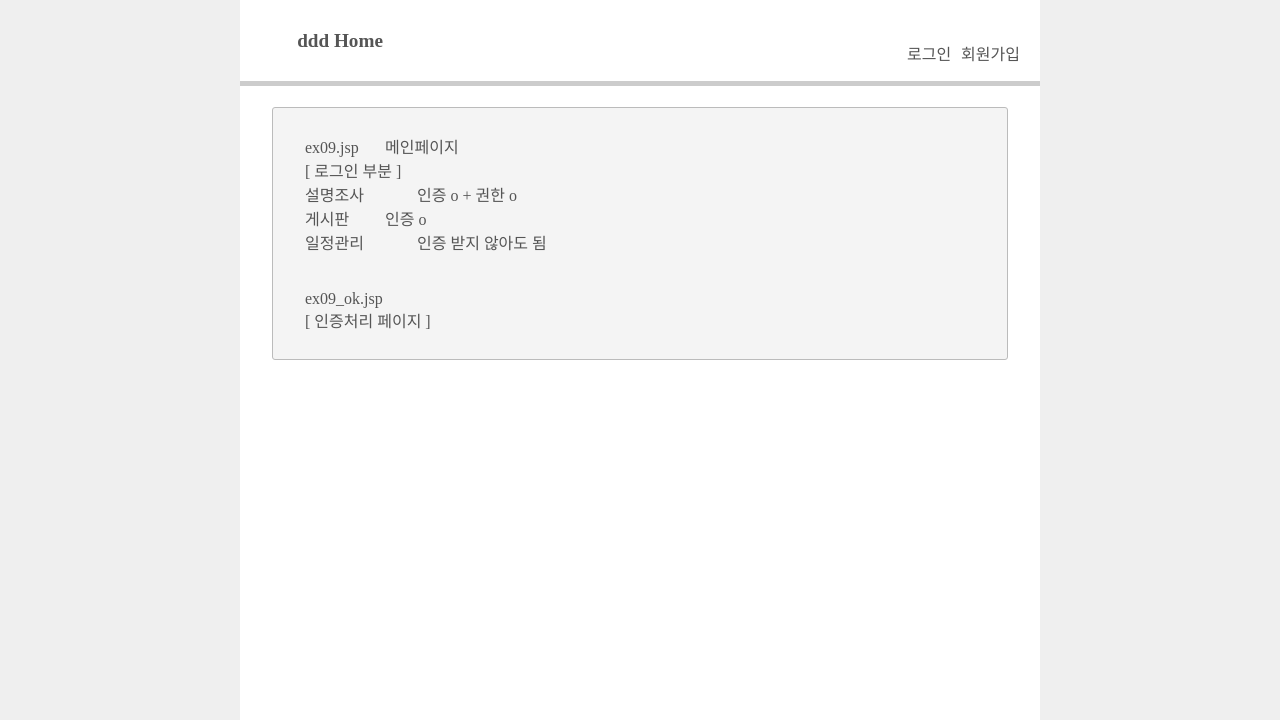
Repository: Deneb0000/JSP
Page: http://localhost/jspPro/days03/ex09.jsp
The author's editor kept a copy of each file at every save. The page is drawn from the files as they stood at one save, then again after a run of saves.
The browser window is 1280 px wide. The pictures show the whole page.
Some web fonts or font styles are not loaded; a fallback is used. The page is served by Tomcat 9.

Above is the page before, as saved 2024-10-17 07:22:53.

After the next 2 saves:
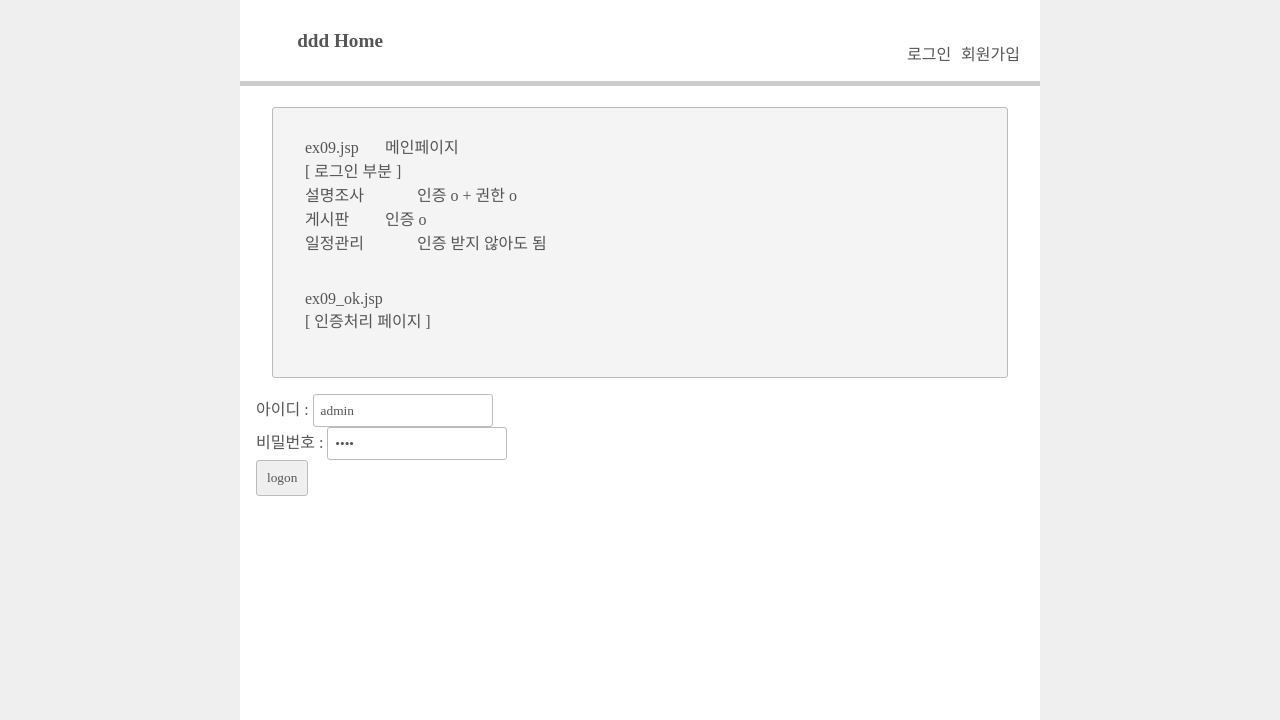
The 2 saves are shown as one change because they came seconds apart.
The last was saved 50 s later.
--- a/jspPro/src/main/webapp/days03/ex09.jsp
+++ b/jspPro/src/main/webapp/days03/ex09.jsp
@@ -35,7 +35,19 @@
 
     ex09_ok.jsp
     [ 인증처리 페이지 ]
+
   </xmp>
+
+    <div id="logon">
+     <form action="ex10_ok.jsp" method="get">
+      아이디 : <input type="text"  name="id"  value="admin"><br>
+      비밀번호 : <input type="password"  name="passwd"  value="1234"><br>
+      <input type="submit"  value="logon">
+     </form>
+  </div>
+
+
+
 </div>
 </body>
 </html>
